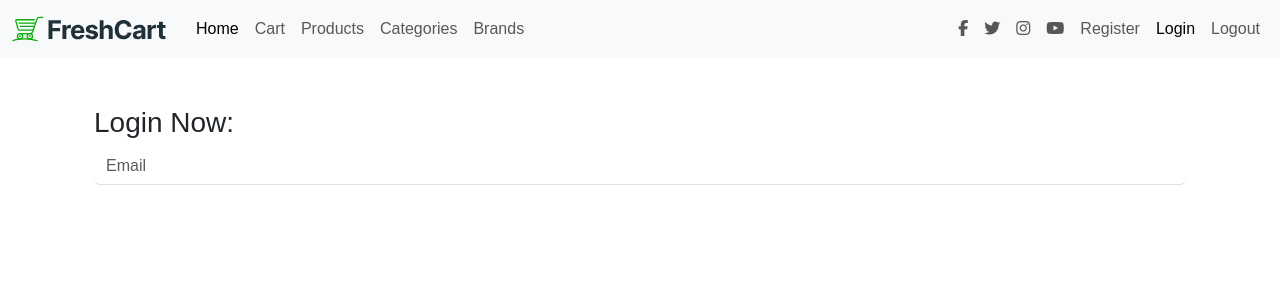
Repository: YomnaWegdan/freshCart
Page: /login
These files come from the project's save history. The page is drawn as it stood at one moment and after a run of saves; the edit follows.
The browser window is 1280 px wide. The pictures show the whole page.
The project was rebuilt for these pictures with package versions that can differ from the ones it lists, and the page was loaded fresh each time. Also part of the build but not shown: src/App.css, src/Components/Layout/Layout.module.css, src/Components/Home/Home.jsx, src/Components/Cart/Cart.jsx, src/Components/Products/Products.jsx, src/Components/Brands/Brands.jsx, src/Components/Categories/Categories.jsx, src/Components/Register/Register.jsx and 1 more.

Above is the page before, as saved 2024-02-08 20:06:26.

After the next 2 saves:
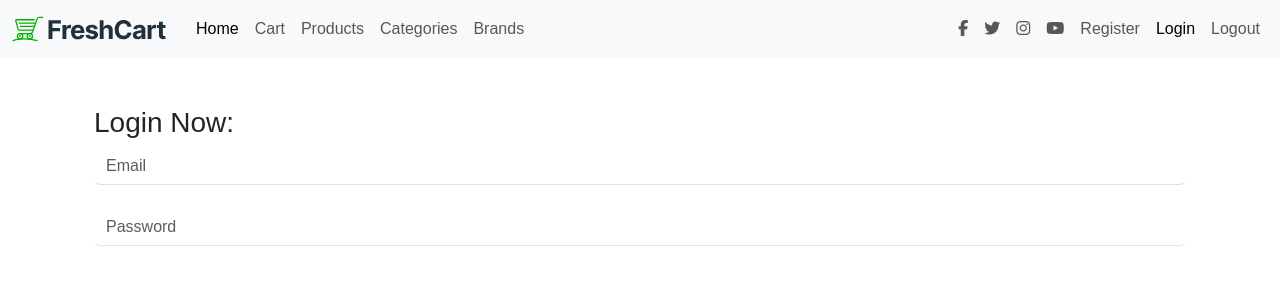
The 2 saves are shown as one change because they came seconds apart.
The last was saved 21 s later.
--- a/src/Components/Login/Login.jsx
+++ b/src/Components/Login/Login.jsx
@@ -39,6 +39,14 @@ export default function Login() {
                   onBlur={formik.handleBlur}
             />
             {formik.errors.email && formik.touched.email ?<div className="alert alert-danger p-2">{formik.errors.email}</div>  :''}
+            <input
+                  className=" form-control border-top-0 border-start-0 border-end-0  border-bottom-3 my-4"
+                  placeholder="Password"
+                  name="password"
+                  type=" password"
+                  onChange={formik.handleChange}
+                  onBlur={formik.handleBlur}
+            />
 
             </form>
           </div>
